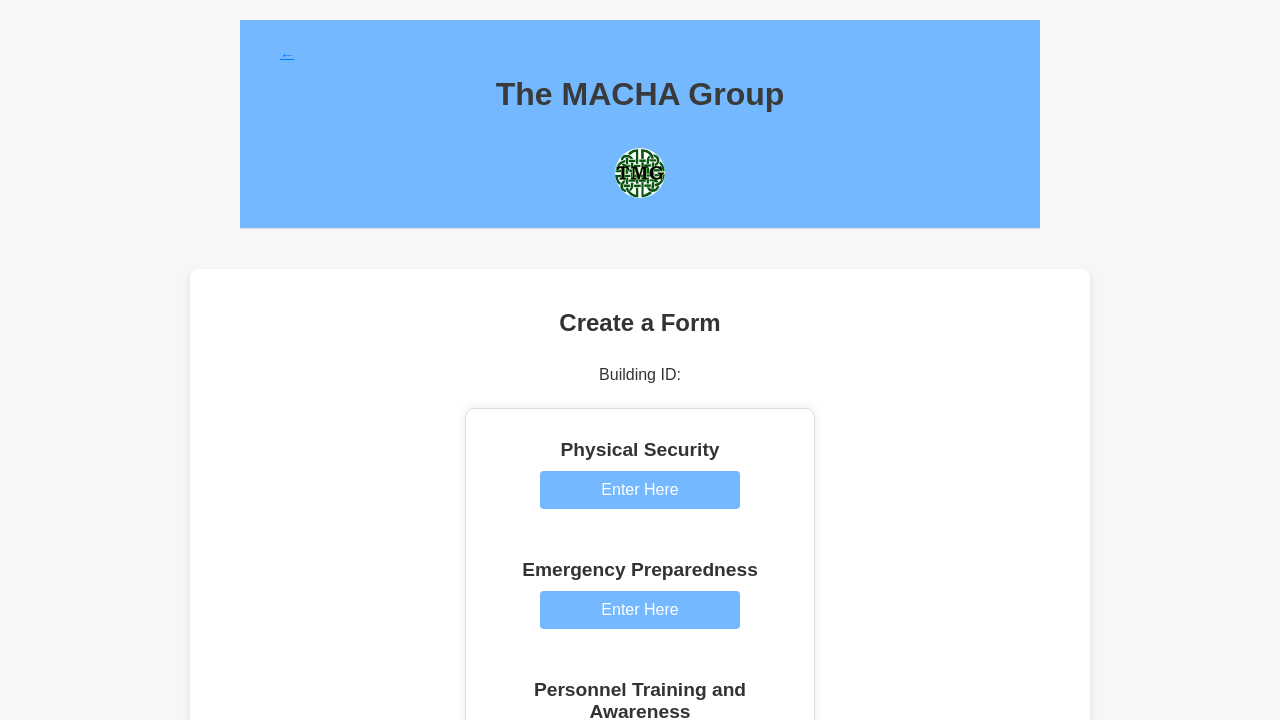
Repository: MachaGroup/MachaGroupIntegration
Page: /Form
An editor plug-in stored every save of this project. The page is shown before and after the next save, followed by the edit.
The browser window is 1280 px wide. The pictures show the whole page.
An inner scrolling area shows only its first screen. The project was rebuilt for these pictures with package versions that can differ from the ones it lists, and the page was loaded fresh each time. Also part of the build but not shown: src/Screens/Login.js, src/Screens/MainScreen.js, src/Screens/AboutUs.js, src/Screens/FAQ.js, src/firebaseConfig.js, src/Screens/ContactUs.js, src/Screens/Settings.js, src/Screens/EditProfile.js and 301 more.

Above is the page before, as saved 2024-12-02 16:21:45.

After the next save:
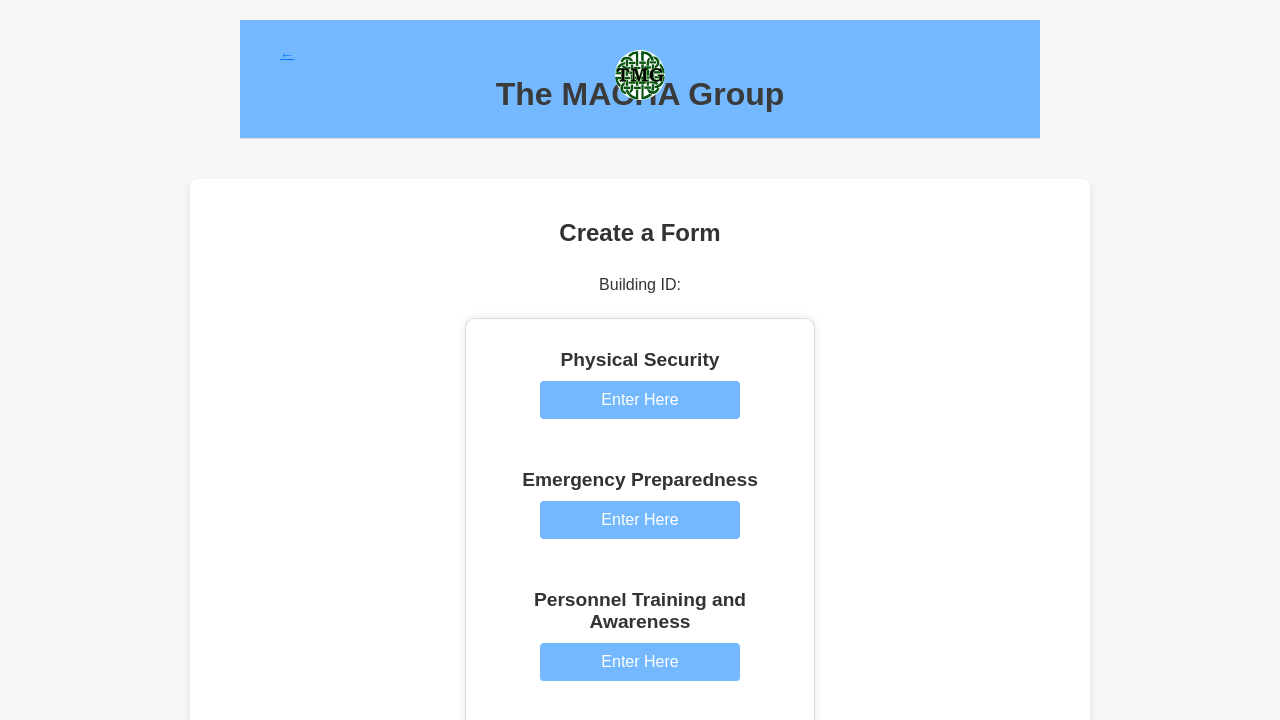
Saved 119 s later.
--- a/src/Screens/FormQuestions.css
+++ b/src/Screens/FormQuestions.css
@@ -15,13 +15,13 @@
 .header {
     display: flex;
     align-items: center;
-    justify-content: space-between; /* Align content left and right */
+    justify-content: space-between; /* Space between back button and menu button */
     width: 100%;
     background-color: #74b9ff; /* Blue background color */
     color: white;
-    padding: 10px 20px; /* Add padding for spacing */
+    padding: 10px 20px; /* Padding for spacing */
     box-sizing: border-box;
-    position: relative; /* Ensure positioning for the navbar menu */
+    position: relative; /* Ensure positioning for menu button */
 }
 
 h1 {
@@ -29,12 +29,15 @@
     color: white;
     margin: 0; /* Remove default margin */
     text-align: center;
-    flex-grow: 1; /* Allow title to take up space */
+    flex-grow: 1; /* Allow title to take space between buttons */
 }
 
 .logo {
     width: 50px;
     height: 50px;
+    position: absolute; /* Ensures the logo is centered */
+    left: 50%;
+    transform: translateX(-50%);
 }
 
 /* Navbar Styling */
@@ -42,9 +45,9 @@
     display: flex;
     align-items: center;
     position: absolute;
-    top: 50%; /* Align to the center vertically */
-    right: 20px; /* Align to the right within the header */
-    transform: translateY(-50%); /* Center vertically */
+    top: 50%; /* Vertically center */
+    right: 20px; /* Position at the top-right corner */
+    transform: translateY(-50%);
 }
 
 .menu-button {
@@ -69,7 +72,7 @@
 .menu {
     display: none;
     position: absolute;
-    top: 40px; /* Below the button */
+    top: 50px; /* Below the menu button */
     right: 0;
     background-color: #fff;
     border: 1px solid #ddd;
@@ -116,16 +119,16 @@
     font-size: 1.5em;
     cursor: pointer;
     color: white;
-    margin-right: 10px; /* Add spacing */
-}
-
-.back-button:hover {
-    color: #dfe6e9;
+    margin-right: 10px;
 }
 
 .back-button-container {
     display: inline-flex; /* Ensures container does not take the full width */
     align-items: center;
+}
+
+.back-button:hover {
+    color: #dfe6e9;
 }
 
 /* Responsiveness */

After the save that followed:
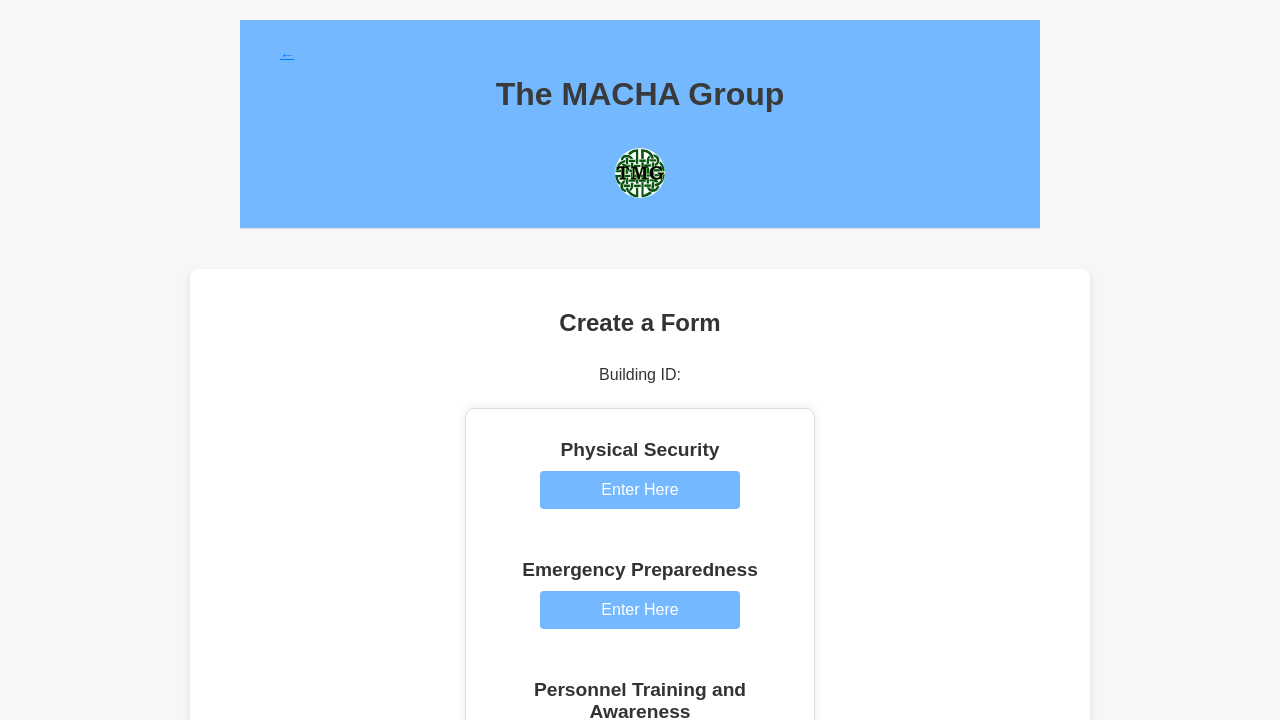
Saved 14 s later.
--- a/src/Screens/FormQuestions.css
+++ b/src/Screens/FormQuestions.css
@@ -15,13 +15,13 @@
 .header {
     display: flex;
     align-items: center;
-    justify-content: space-between; /* Space between back button and menu button */
+    justify-content: space-between; /* Align content left and right */
     width: 100%;
     background-color: #74b9ff; /* Blue background color */
     color: white;
-    padding: 10px 20px; /* Padding for spacing */
+    padding: 10px 20px; /* Add padding for spacing */
     box-sizing: border-box;
-    position: relative; /* Ensure positioning for menu button */
+    position: relative; /* Ensure positioning for the navbar menu */
 }
 
 h1 {
@@ -29,15 +29,12 @@
     color: white;
     margin: 0; /* Remove default margin */
     text-align: center;
-    flex-grow: 1; /* Allow title to take space between buttons */
+    flex-grow: 1; /* Allow title to take up space */
 }
 
 .logo {
     width: 50px;
     height: 50px;
-    position: absolute; /* Ensures the logo is centered */
-    left: 50%;
-    transform: translateX(-50%);
 }
 
 /* Navbar Styling */
@@ -45,9 +42,9 @@
     display: flex;
     align-items: center;
     position: absolute;
-    top: 50%; /* Vertically center */
-    right: 20px; /* Position at the top-right corner */
-    transform: translateY(-50%);
+    top: 50%; /* Align to the center vertically */
+    right: 20px; /* Align to the right within the header */
+    transform: translateY(-50%); /* Center vertically */
 }
 
 .menu-button {
@@ -72,7 +69,7 @@
 .menu {
     display: none;
     position: absolute;
-    top: 50px; /* Below the menu button */
+    top: 40px; /* Below the button */
     right: 0;
     background-color: #fff;
     border: 1px solid #ddd;
@@ -119,16 +116,16 @@
     font-size: 1.5em;
     cursor: pointer;
     color: white;
-    margin-right: 10px;
+    margin-right: 10px; /* Add spacing */
+}
+
+.back-button:hover {
+    color: #dfe6e9;
 }
 
 .back-button-container {
     display: inline-flex; /* Ensures container does not take the full width */
     align-items: center;
-}
-
-.back-button:hover {
-    color: #dfe6e9;
 }
 
 /* Responsiveness */
